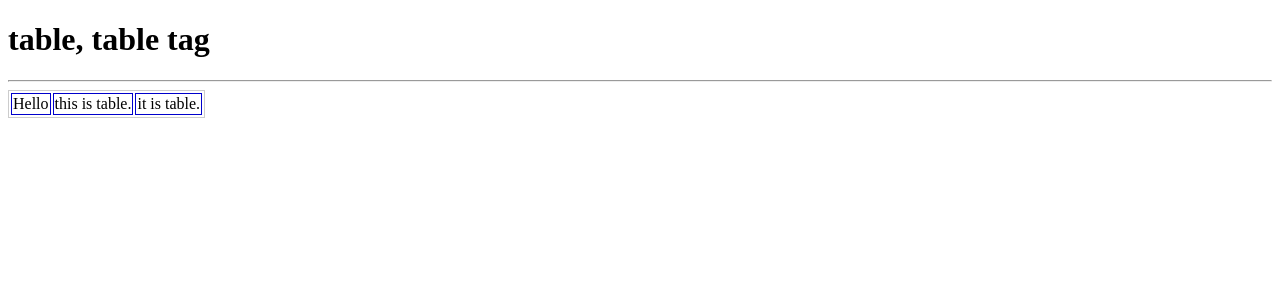
Repository: jihoonys82/weblec
Page: Front/WebContent/Ex01_HTML_tag/tagEx_05.html
The author's editor kept a copy of each file at every save. The page is drawn from the files as they stood at one save, then again after the next save.
The browser window is 1280 px wide. The pictures show the whole page.

Above is the page before, as saved 2018-07-23 11:13:27.

### Front/WebContent/Ex01_HTML_tag/tagEx_05.html
<!DOCTYPE html>
<html>
<head>
<meta charset="UTF-8">
<title>Insert title here</title>

<style type="text/css"> /* stylesheet, CSS */
table { /* Table outside square */
	border: 1px solid #ccc;

}

td { /* each table data cell */
	border: 1px solid #00C;
	margin: 3px;
 }

</style>

</head>
<body>

<div>
	<h1>table, table tag</h1>
	<hr>

	<table>
		<tr> <!-- table row -->
			<td>Hello</td> <!-- table data -->
			<td>this is table.</td>
			<td>it is table.</td>
		</tr>



	</table>



</div>
</body>
</html>

After the next save:
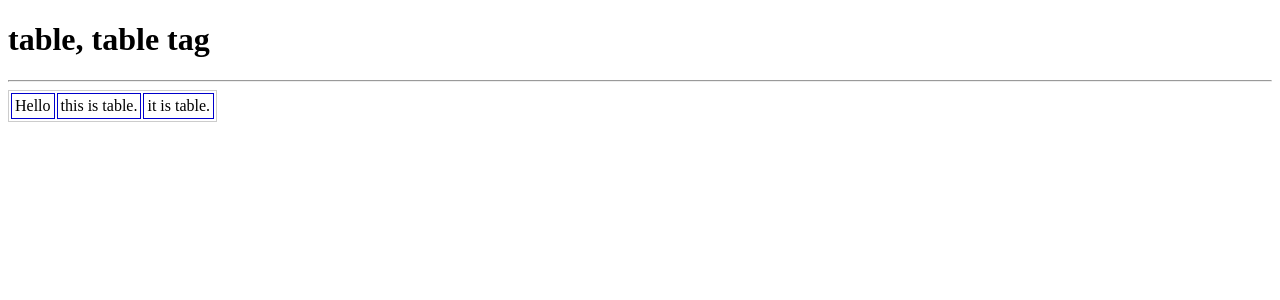
Saved 8 s later.
--- a/Front/WebContent/Ex01_HTML_tag/tagEx_05.html
+++ b/Front/WebContent/Ex01_HTML_tag/tagEx_05.html
@@ -12,7 +12,7 @@ table { /* Table outside square */
 
 td { /* each table data cell */
 	border: 1px solid #00C;
-	margin: 3px;
+	padding : 3px;
  }
 
 </style>
